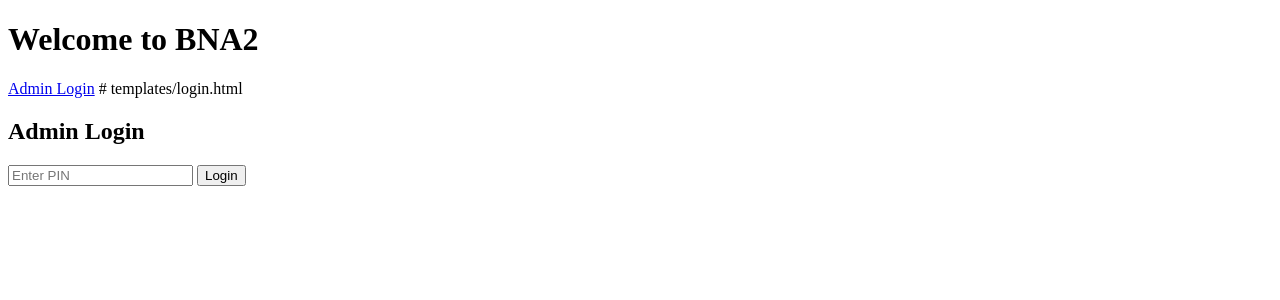
Repository: The-man-of-books/BNA2
Page: BNA2-backend/templates/index.html
These files come from the project's save history. The page is drawn as it stood at one moment and after the next save; the edit follows.
The browser window is 1280 px wide. The pictures show the whole page.

Above is the page before, as saved 2025-07-04 18:09:04.

After the next save:
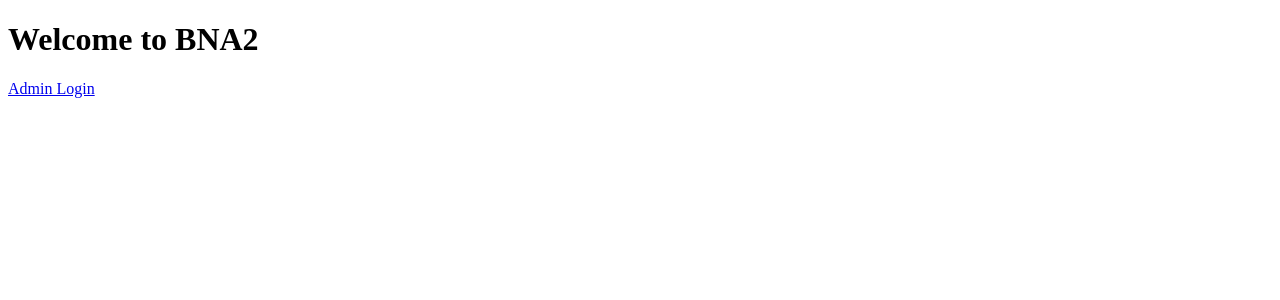
Saved 80 s later.
--- a/BNA2-backend/templates/index.html
+++ b/BNA2-backend/templates/index.html
@@ -1,7 +1,6 @@
 <!DOCTYPE html>
 <html>
 <head>
-    <meta charset="utf-8">
     <title>Home Page</title>
 </head>
 <body>
@@ -9,19 +8,3 @@
     <a href="/admin-login">Admin Login</a>
 </body>
 </html>
-
-
-# templates/login.html
-<!DOCTYPE html>
-<html>
-<head>
-    <title>Admin Login</title>
-</head>
-<body>
-    <h2>Admin Login</h2>
-    <form method="POST" action="/admin-login">
-        <input type="password" name="pin" placeholder="Enter PIN" required>
-        <button type="submit">Login</button>
-    </form>
-</body>
-</html>
